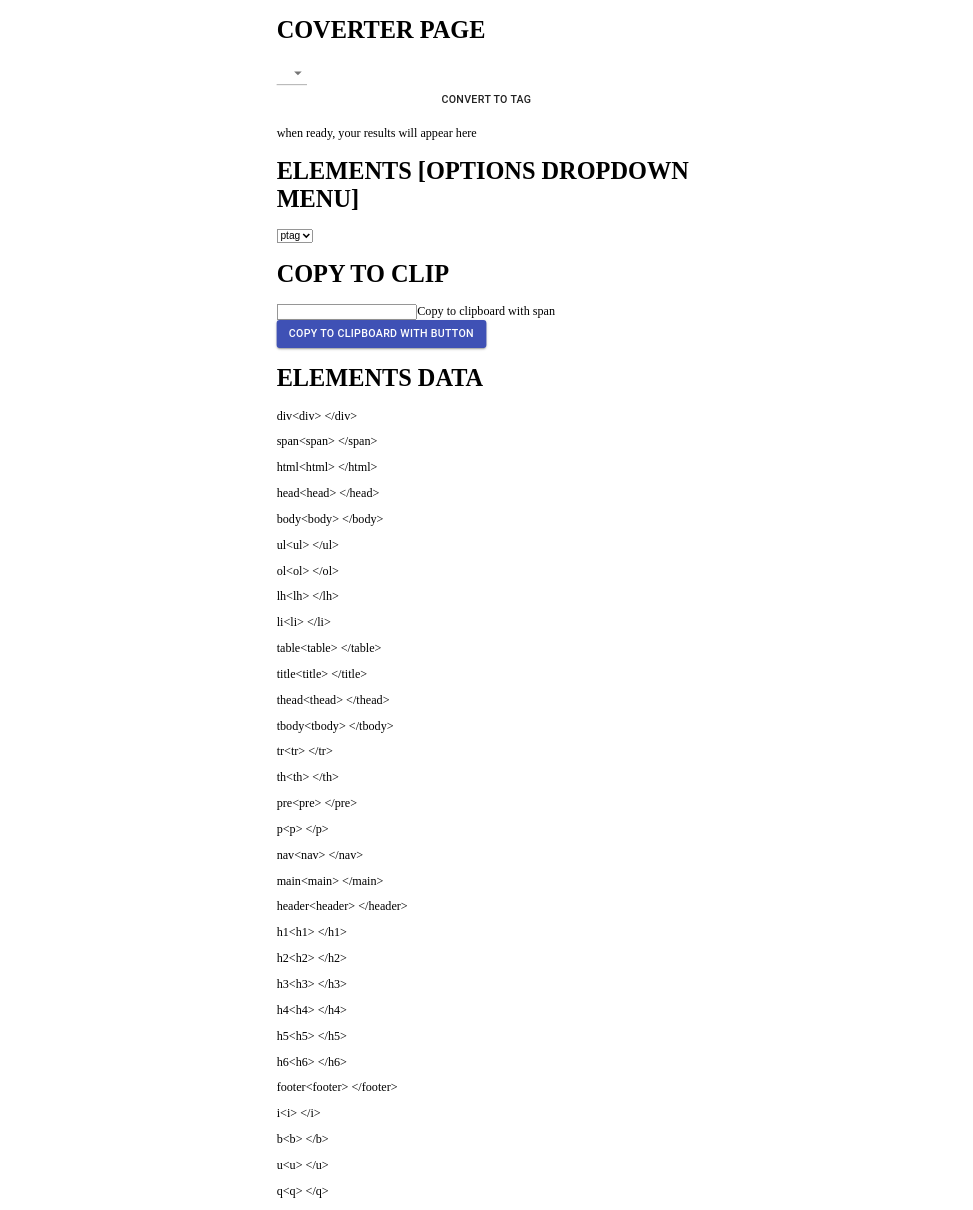
Repository: DevLuDaley/element-generator
Page: /
The author's editor kept a copy of each file at every save. The page is drawn from the files as they stood at one save, then again after the next save.
The browser window is 1280 px wide. The pictures show the whole page, at 76% of full size.
The project was rebuilt for these pictures with package versions that can differ from the ones it lists, and the page was loaded fresh each time. Also part of the build but not shown: webpack.config.js, src/components/optionsArray.js.

Above is the page before, as saved 2020-12-23 20:11:38.

After the next save:
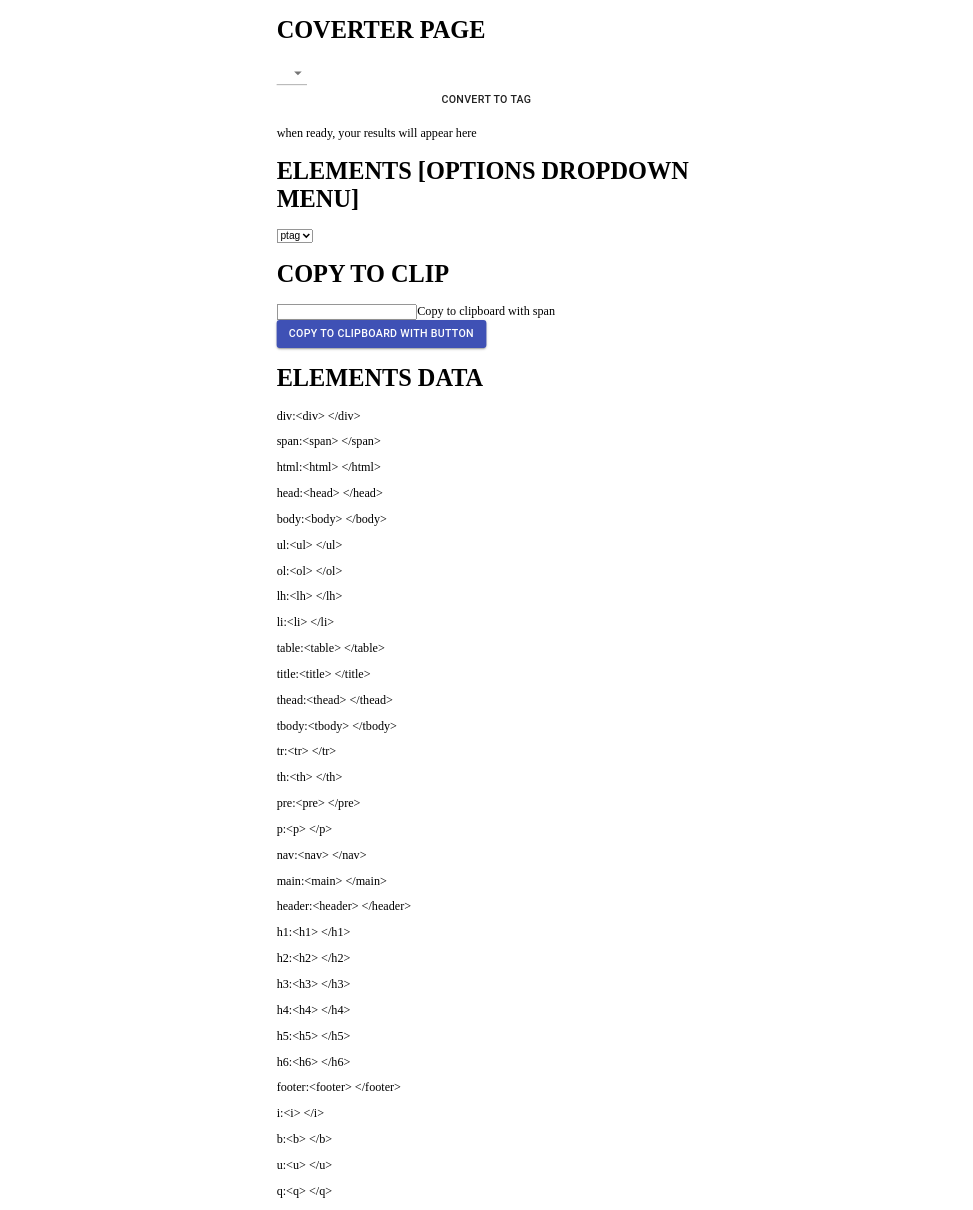
Saved 8 s later.
--- a/src/components/ElementsData.js
+++ b/src/components/ElementsData.js
@@ -13,7 +13,7 @@ return (
     <Fragment>
     <h1>ELEMENTS DATA</h1>
     {optionsArray ? optionsArray.map(op => <p>
-    {op.key}
+    {op.key}:
     {op.value}
     </p>
     ): null}
